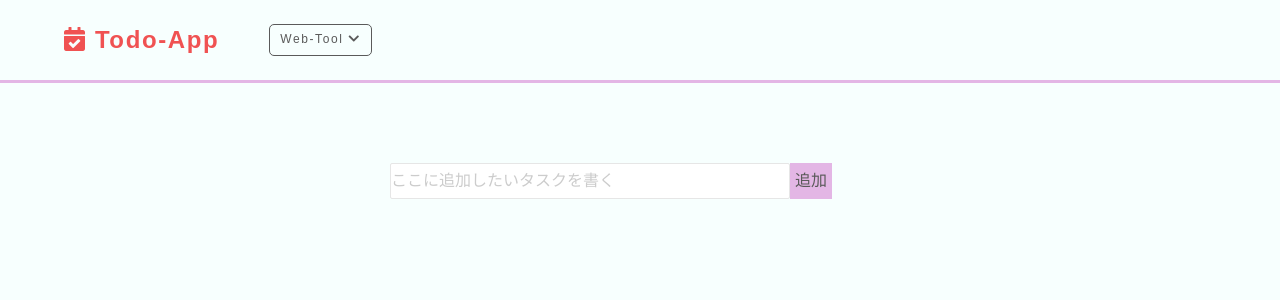
Repository: Hiroshii-m/todo_vue
Page: index.html
The author's editor kept a copy of each file at every save. The page is drawn from the files as they stood at one save, then again after the next save.
The browser window is 1280 px wide. The pictures show the whole page.
The style sheet was rebuilt from its Sass, Less or Tailwind sources for each picture, by a compiler version that may differ from the author's.

Above is the page before, as saved 2021-06-26 18:06:46.

### index.html
<!DOCTYPE html>
<html lang="en">
<head>
    <meta charset="UTF-8">
    <meta http-equiv="X-UA-Compatible" content="IE=edge">
    <meta name="viewport" content="width=device-width, initial-scale=1.0">
    <link rel="stylesheet" href="node_modules/@fortawesome/fontawesome-free/css/all.css">
    <link rel="stylesheet" href="dist/css/style.css">
    <title>TODO APP Vue</title>
</head>
<body class="u-bgColor-base">

    <!-- header -->
    <header id="l-header" class="u-border-bottom">
        <div class="c-header">
            <h2 class="c-header__home">
                <i class="fas fa-calendar-check"></i>
                <a class="c-header__text" href="">Todo-App</a>
            </h2>
            <h3 class="c-header__other">
                Web-Tool
                <i class="fas fa-chevron-down"></i>
            </h3>
        </div>
    </header><!-- /header -->

    <!-- main -->
    <section id="l-main">
        <div class="c-main">
            <div id="l-addTask">
                <div class="c-addTask">
                    <input type="text" class="c-addTask__input" placeholder="ここに追加したいタスクを書く">
                    <button class="c-addTask__add">追加</button>
                </div>
            </div>
            <div id="l-search"></div>
            <div id="l-list"></div>
        </div>
    </section>
    <!-- /main -->

</body>
</html>

### src/scss/style.scss

// ======================================
// foundation
// ======================================
@use 'foundation/reset';
@use 'foundation/variables';
@use 'foundation/base';
// ======================================
// layout
// ======================================
#l-header {
    width: 100%;
}
#l-main {
    padding: 80px;
}
// ======================================
// object
// ======================================
// Component
// **************************************
.c-header {
    width: 90%;
    height: 80px;
    margin: 0 auto;
    display: flex;
    align-items: center;
    &__home {
        margin-right: 50px;
        font-weight: bold;
        color: var(--color_red);
        font-size: var(--font-size_xl);
    }
    &__other {
        font-size: var(--font-size_s);
        padding: var(--space_s) var(--space_m);
        border: 1px solid var(--font-color_default);
        border-radius: 5px;
        cursor: pointer;
    }
}
.c-main {
    width: var(--site-width_xxl);
    margin: 0 auto;
}
.c-addTask {
    display: flex;
    max-width: 500px;
    margin: 0 auto;
    &__input {
        width: 80%;
        border: 1px solid var(--border-color_default);
        border-radius: 2px;
    }
    &__add {
        background: var(--color_accent);
        padding: var(--space_s);
    }
}
// Project
// **************************************
// Utility
// **************************************
.u-border {
    &-bottom {
        border-bottom: 3px solid var(--color_accent);
    }
}
.u-bgColor {
    &-base {
        background: var(--color_base);
    }
}

### src/scss/foundation/_variables.scss
:root {
    --font-color_default: #5A5A5A;
    --color_base: #F7FFFE;
    --color_accent: #E3B6E5;
    --color_edit: #C8E4F4;
    --color_complete: #C8E4F4;
    --color_red: #F05252;
    --color_blue: #25A1EF;
    --border-color_default: #E6E6E6;


    --site-width_xxl: 780px;
    --site-width_xl: 680px;
    --site-width_md: 580px;
    --site-width_ms: 414px;

    --font-size_s: 12px;
    --font-size_m: 14px;
    --font-size_default: 16px;
    --font-size_l: 18px;
    --font-size_xl: 24px;
    --font-size_xxl: 28px;
    --font-size_3l: 38px;


    --space_s: 5px;
    --space_m: 10px;
    --space_l: 15px;
    --space_xl: 20px;
    --space_xxl: 30px;
    --space_3l: 40px;

    --font-family_default: "メイリオ", sans-serif;
}

### src/scss/foundation/_base.scss
html, body {
    width: 100%;
    color: var(--font-color_default);
    line-height: 1.6;
    font-family: var(--font-family_default);
    letter-spacing: 0.1em;
}

p, a {
    -webkit-font-smoothing: antialiased;
}

img {
    width: 100%;
    height: 100%;
    vertical-align: bottom;
    object-fit: cover;
}

input {
    display: block;
    width: 100%;
    background: #fff;
}

textarea {
    resize: vertical;
    height: 30px;
}

::placeholder {
    color: #ccc;
}

iframe {
    width: 100%;
}

i {
    cursor: pointer;
}

Loaded but not shown: node_modules/@fortawesome/fontawesome-free/css/all.css (library); src/scss/foundation/_reset.scss (common file)

After the next save:
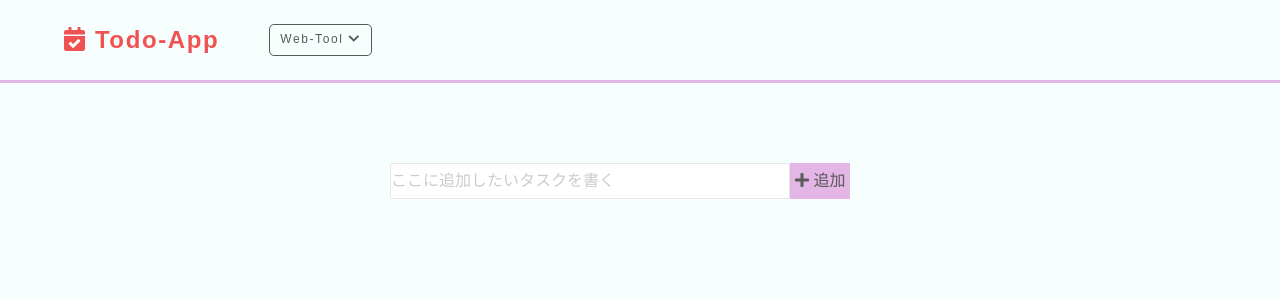
Saved 99 s later.
--- a/index.html
+++ b/index.html
@@ -30,7 +30,10 @@
             <div id="l-addTask">
                 <div class="c-addTask">
                     <input type="text" class="c-addTask__input" placeholder="ここに追加したいタスクを書く">
-                    <button class="c-addTask__add">追加</button>
+                    <button class="c-addTask__add">
+                        <i class="fas fa-plus"></i>
+                        追加
+                    </button>
                 </div>
             </div>
             <div id="l-search"></div>
